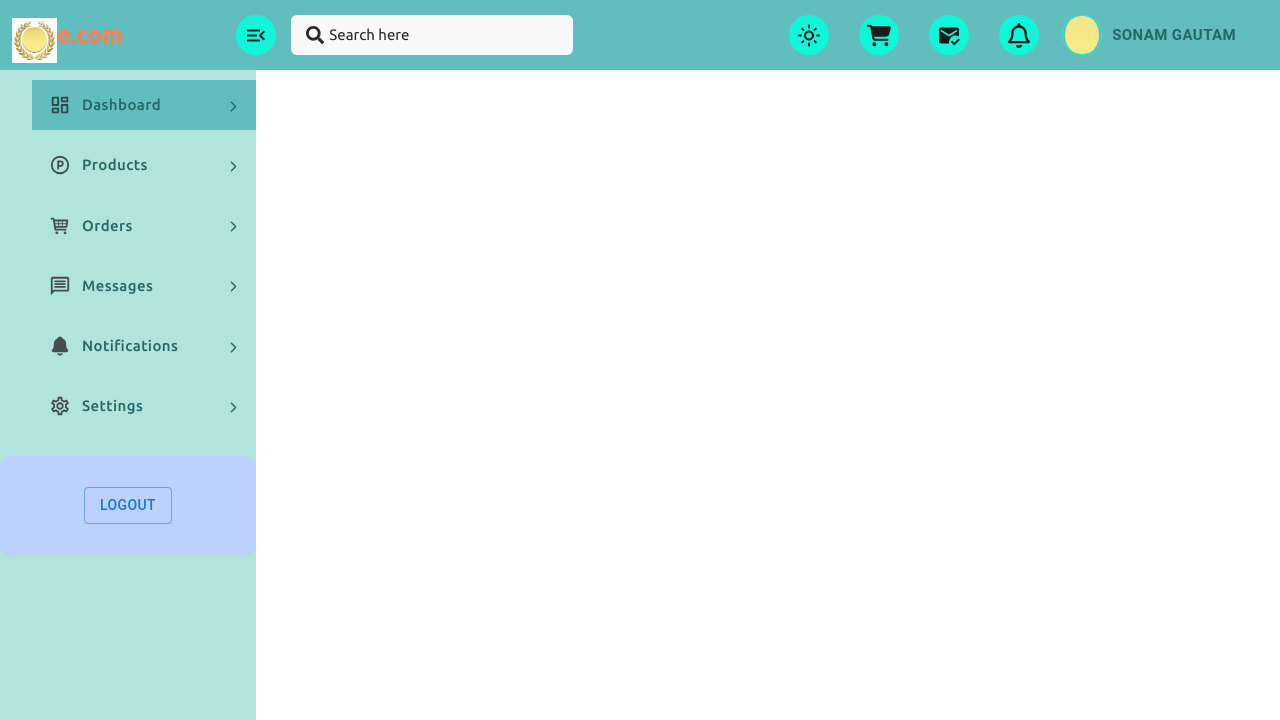
Repository: gautamsonam011/admin-react-dashboard
Page: /
These files come from the project's save history. The page is drawn as it stood at one moment and after the next save; the edit follows.
The browser window is 1280 px wide. The pictures show the whole page.
The project was rebuilt for these pictures with package versions that can differ from the ones it lists, and the page was loaded fresh each time.

Above is the page before, as saved 2025-04-15 16:50:11.

### src/App.js
import { BrowserRouter, Routes, Route } from 'react-router-dom';
import './App.css';
import 'bootstrap/dist/css/bootstrap.min.css';
import Dashboard from './pages/Dashboard/Dashboard';
import Header from "./components/Header/index";
import Sidebar from './components/Sidebar';

function App() {
  return (
    <BrowserRouter>
    <Header/>
    <div className='main d-flex'>
      <div className='sidebarWrapper'>
        <Sidebar/>
      </div>
    </div>
    <div className='content'>
    <Routes>
      <Route path = "/" exact={true} element={<Dashboard/>} />
    </Routes>
    </div>

    </BrowserRouter>
  );
}

export default App;

### src/App.css
@import url('https://fonts.googleapis.com/css2?family=Ubuntu:ital,wght@0,300;0,400;0,500;0,700;1,300;1,400;1,500;1,700&display=swap');

body{
  font-family: "Ubuntu", sans-serif !important;
  background-color: #f4f8f7;

}

header{
  width:100%;
  height: 70px;
  background-color:#62bebe;
  position: fixed;
  top:0px;
  left:0px;
  z-index: 1000;
}
header .logo{
  text-decoration: none;
}
header .logo img{
  margin-top: 10px;
  width:45px;

}

header .logo span{
color: coral;
font-weight: bolder;
font-size: 24px;
}
header button.rounded-circle{min-width:40px !important; width:40px !important; height: 40px !important; background-color:#0ff7d8 !important; margin: 15px;}
header button.rounded-circle svg{color:rgb(29, 27, 27); font-size: 25px !important; transition: all 0.2s ease-in-out;}
header button.rounded-circle:hover svg{color: #2585d4 !important;}
.searchBox{width:400px; height: 40px; background-color:#faf9f9; border-radius: 6px;padding: 3px 15px;}
.searchBox input{background: transparent;border:0px; outline:none; padding-left: 5px; font-size: 15px; color:#292929}
.searchBox input::-webkit-input-placeholder{color:#292929}
.searchBox svg{font-size: 18px; color:#292929 ;}

.userImg{display: flex; align-items:center; justify-content: center; overflow: hidden; width:40px; height: 40px; border:1px solid #0ff7d8; padding: 2px; border-radius: 100%;}
.userImg .rounded-circle{display: flex; align-items:center; justify-content: center; overflow: hidden; width: 40px; height: 40px; cursor: pointer; position: relative;}
.userImg .rounded-circle .img{object-fit: cover; width: 100%;}
.userInfo{padding-left: 10px;}
.userInfo h5{font-size: 15px; font-weight: 600; margin-bottom:0px; color: #266666;}

#account-menu li{font-size: 14px !important;}
#account-menu li svg{font-size: 20px !important}

.dropdown-info{padding-left: 6px;}
.dropdown-info h4{font-size: 15px; font-weight:600;margin-top: 2px; white-space: break-space; line-height: 21px;}
.dropdown-info p{font-size: 10px; color: #2585d4;}


/* Style for sidebar  */

.main .sidebarWrapper{width: 20%; flex: 0 0 20%; transition: all 0.3s ease-in-out;}
.main .sidebarWrapper .sidebar{width:20%; height: 100vh; position:fixed; top: 70px; left:0px; background:#b1e4dd; overflow-y: scroll; overflow-x: hidden;}
.main .sidebarWrapper .sidebar::-webkit-scrollbar-thumb{background: transparent !important; width:3px;}
.main .sidebarWrapper:hover .sidebar::-webkit-scrollbar{ background:#2585d4; width:3px;}
.main .sidebarWrapper .sidebar ul{margin-bottom:0px;}
.main .sidebarWrapper .sidebar ul li{list-style: none; margin-top:10px;}
.main .sidebarWrapper .sidebar ul li button{color:#266666; text-align: left; justify-content: left; border-radius:0px !important; padding: 12px 15px !important;
  align-items: center; text-transform: capitalize !important;font-family: "Ubuntu", sans-serif !important;
  margin-left: 0px; font-size: 15px !important;
}
.main .sidebarWrapper .sidebar ul li button .icon{display: flex; align-items:center; justify-content: center; width:25px; height:25px; margin-right: 10px;}
.main .sidebarWrapper .sidebar ul li button .icon svg{color:#292929; opacity: 0.8; font-size: 22px;}
.main .sidebarWrapper .sidebar ul li button .arrow{margin-left: auto;}
.main .sidebarWrapper .sidebar ul li button:hover{background:#62bebe !important;}
.main .sidebarWrapper .sidebar ul li button.active{background: #62bebe !important;}

.main .sidebarWrapper .sidebar ul .submenu{padding: 0px 45px; position:relative; height:auto;}
.main .sidebarWrapper .sidebar ul .submenu::before{content:''; width:1px; height: 95%; position: absolute; top:0px; left:25px; background:rgba(0, 0, 0, 0.1);}
.main .sidebarWrapper .sidebar ul .submenu li{width:100%; list-style: none;}
.main .sidebarWrapper .sidebar ul .submenu li a{color:#266666 !important; text-decoration: none; font-family: "Ubuntu", sans-serif !important;
display: block; padding: 6px 0px; font-size: 14px !important; font-weight: 500; transition:all 0.3s}
.main .sidebarWrapper .sidebar ul .submenu li a:hover{color:#2585d4 !important;}

.main .sidebarWrapper .sidebar ul .submenuWrapper{transition:all 0.3s ease-in-out; height: 0px; overflow: hidden; }
.main .sidebarWrapper .sidebar ul .submenuWrapper.colapsed .submenu{opacity:0;}

.main .sidebarWrapper .sidebar ul .submenuWrapper.colapse{height:auto; overflow: inherit;}
.main .sidebarWrapper .sidebar ul .submenuWrapper.colapse .submenu{opacity:1; height:auto;}

.logoutWrapper{width:100%; height:100px; padding: 25px; background:#bcd2fd; border-radius:10px; margin-bottom:20px; display:flex; align-items: center; justify-content: center;}

### src/pages/Dashboard/Dashboard.jsx
const Dashboard = () =>{
    return (
        <>
        <h1>Dashboard</h1>
        </>
    )
}

export default Dashboard;

### src/components/Header/index.jsx
import React, { useState } from 'react';
import { Link } from "react-router-dom";
import logo from "../../assests/images/logo.jpg";
import Button from '@mui/material/Button';
import { MdMenuOpen } from "react-icons/md";
// import { MdOutlineMenu } from "react-icons/md";
import SearchBox from "../SearchBox";
import { MdOutlineLightMode } from "react-icons/md";
// import { MdDarkMode } from "react-icons/md";
import { FaCartShopping } from "react-icons/fa6";
import { MdMarkEmailRead } from "react-icons/md";
import { FaRegBell } from "react-icons/fa";


import Avatar from '@mui/material/Avatar';
import Menu from '@mui/material/Menu';
import MenuItem from '@mui/material/MenuItem';
import ListItemIcon from '@mui/material/ListItemIcon';
import Divider from '@mui/material/Divider';
import { FaShieldAlt } from "react-icons/fa";
import Settings from '@mui/icons-material/Settings';
import Logout from '@mui/icons-material/Logout';

const Header = () => {
    const [anchorEl, setAnchorEl] = useState(null);
    const [anchorElNotification, setAnchorElNotification] = useState(null);

    const open = Boolean(anchorEl);

    const handleOpenMyAccountDropdown = (event) => {
        if (anchorEl) {
            setAnchorEl(null);
        } else {
            setAnchorEl(event.currentTarget);
        }
    };

    const handleOpenMyAccountDropdownClose = () => {
        setAnchorEl(null);
    };

    // For Notification dropdown
    const handleOpennotificationsDrop = (event) => {
        setAnchorElNotification(event.currentTarget);
    };

    const handleClosenotificationsDrop = () => {
        setAnchorElNotification(null);
    };



    return (
        <>
            <header>
                <div className="container-fluid">
                    <div className="row d-flex align-items-center w-100">
                        {/* logo */}
                        <div className="col-sm-2">
                            <Link to="/" className="d-flex align-items-center logo">
                                <img src={logo} alt="logo" />
                                <span className="ml-2">e.com</span>
                            </Link>
                        </div>
                        <div className="col-sm-3 d-flex align-items-center pl-4">
                            <Button className="rounded-circle"><MdMenuOpen /></Button>
                            <SearchBox />
                        </div>
                        <div className="col-sm-7 d-flex align-items-center justify-content-end part3">
                            <Button className="rounded-circle"><MdOutlineLightMode /></Button>
                            <Button className="rounded-circle"><FaCartShopping /></Button>
                            <Button className="rounded-circle"><MdMarkEmailRead /></Button>
                            <Button className="rounded-circle" onClick={handleOpennotificationsDrop}>
                                <FaRegBell />
                            </Button>
                            <Menu
                                anchorEl={anchorElNotification}
                                open={Boolean(anchorElNotification)}
                                onClose={handleClosenotificationsDrop}
                                onClick={handleClosenotificationsDrop}
                                slotProps={{
                                    paper: {
                                        elevation: 0,
                                        sx: {
                                            overflow: 'visible',
                                            filter: 'drop-shadow(0px 2px 8px rgba(0,0,0,0.32))',
                                            mt: 1.5,
                                            '&::before': {
                                                content: '""',
                                                display: 'block',
                                                position: 'absolute',
                                                top: 0,
                                                right: 14,
                                                width: 10,
                                                height: 10,
                                                bgcolor: 'background.paper',
                                                transform: 'translateY(-50%) rotate(45deg)',
                                                zIndex: 0,
                                            },
                                        },
                                    },
                                }}
                                transformOrigin={{ horizontal: 'right', vertical: 'top' }}
                                anchorOrigin={{ horizontal: 'right', vertical: 'bottom' }}
                            >
                                <MenuItem onClick={handleClosenotificationsDrop}>
                                    Orders(12)
                                </MenuItem>
                                <Divider className="mb-2" />
                                <MenuItem onClick={handleClosenotificationsDrop}>
                                    <div className="d-flex align-items-center dropdown-list">

                                        <div className="userImg">
                                        <span className="rounded-circle">
                                            <img src={logo} alt="profile" />
                                        </span>

                                    </div>
                                    <div className='dropdown-info'>
                                        <h4><b>Sona</b> added Leather New Shoes</h4>
                                        <p>Few minutes ago</p>
                                    </div>
                                    </div>

                                </MenuItem>
                                <MenuItem onClick={handleClosenotificationsDrop}>
                                    <div className="d-flex align-items-center dropdown-list">

                                        <div className="userImg">
                                        <span className="rounded-circle">
                                            <img src={logo} alt="profile" />
                                        </span>

                                    </div>
                                    <div className='dropdown-info'>
                                        <h4><b>Sona</b> added Leather New Shoes</h4>
                                        <p>Few minutes ago</p>
                                    </div>
                                    </div>

                                </MenuItem>
                            </Menu>

                            <div className="myAccountWrapper">
                                <Button className="myAccount d-flex align-items-center" onClick={handleOpenMyAccountDropdown}>
                                    <div className="userImg">
                                        <span className="rounded-circle">
                                            <img src={logo} alt="profile" />
                                        </span>

                                    </div>
                                    <div className="userInfo">
                                        <h5>Sonam Gautam</h5>
                                    </div>

                                    <Menu
                                        anchorEl={anchorEl}
                                        id="account-menu"
                                        open={open}
                                        onClose={handleOpenMyAccountDropdownClose}
                                        onClick={handleOpenMyAccountDropdownClose}
                                        slotProps={{
                                            paper: {
                                                elevation: 0,
                                                sx: {
                                                    overflow: 'visible',
                                                    filter: 'drop-shadow(0px 2px 8px rgba(0,0,0,0.32))',
                                                    mt: 1.5,
                                                    '& .MuiAvatar-root': {
                                                        width: 32,
                                                        height: 32,
                                                        ml: -0.5,
                                                        mr: 1,
                                                    },
                                                    '&::before': {
                                                        content: '""',
                                                        display: 'block',
                                                        position: 'absolute',
                                                        top: 0,
                                                        right: 14,
                                                        width: 10,
                                                        height: 10,
                                                        bgcolor: 'background.paper',
                                                        transform: 'translateY(-50%) rotate(45deg)',
                                                        zIndex: 0,
                                                    },
                                                },
                                            },
                                        }}
                                        transformOrigin={{ horizontal: 'right', vertical: 'top' }}
                                        anchorOrigin={{ horizontal: 'right', vertical: 'bottom' }}
                                    >
                                        <MenuItem onClick={handleOpenMyAccountDropdownClose}>
                                            <Avatar /> Profile
                                        </MenuItem>
                                        <Divider />
                                        <MenuItem onClick={handleOpenMyAccountDropdownClose}>
                                            <ListItemIcon>
                                                <FaShieldAlt fontSize="small" />
                                            </ListItemIcon>
                                            Reset Password
                                        </MenuItem>
                                        <MenuItem onClick={handleOpenMyAccountDropdownClose}>
                                            <ListItemIcon>
                                                <Settings fontSize="small" />
                                            </ListItemIcon>
                                            Settings
                                        </MenuItem>
                                        <MenuItem onClick={handleOpenMyAccountDropdownClose}>
                                            <ListItemIcon>
                                                <Logout fontSize="small" />
                                            </ListItemIcon>
                                            Logout
                                        </MenuItem>
                                    </Menu>
                                </Button>
                            </div>
                        </div>
                    </div>
                </div>
            </header>
        </>
    )
}

export default Header

### src/components/Sidebar/index.jsx
import Button from '@mui/material/Button';
import { RiDashboardLine } from "react-icons/ri";
import { IoIosArrowForward } from "react-icons/io";
import { TbBrandProducthunt } from "react-icons/tb";
import { TiShoppingCart } from "react-icons/ti";
import { MdOutlineMessage } from "react-icons/md";
import { IoNotifications } from "react-icons/io5";
import { MdOutlineSettings } from "react-icons/md";
import { Link } from 'react-router-dom';
import React, {useState} from "react";

const Sidebar = () =>{
    const [activeTab, setActiveTab] = useState(0);
    const [isToggleSubmenu, setIsToggleSubmenu] = useState(false);

    const isOpenSubmenu = (index) =>{
        setActiveTab(index);
        setIsToggleSubmenu(!isToggleSubmenu);


    }

    return(
        <div className="sidebar">
            <ul>
                <li>
                    <Link to="/">
                    <Button className={`w-100 ${activeTab === 0 ? 'active' : ''}`} onClick={()=>isOpenSubmenu(0)}>
                        <span className='icon'><RiDashboardLine/></span>
                        Dashboard
                        <span className="arrow"><IoIosArrowForward/></span>
                    </Button>
                    </Link>
                </li>
                <li>
                    <Button className={`w-100 ${activeTab === 1 ? 'active' : ''}`} onClick={()=>isOpenSubmenu(1)}>
                        <span className='icon'><TbBrandProducthunt/></span>
                        Products
                        <span className="arrow"><IoIosArrowForward/></span>
                    </Button>
                    <div className={`submenuWrapper ${activeTab===1 && isToggleSubmenu===true ? 'colapse':'colapsed'}`}>
                    <ul className='submenu'>
                        <li><Link to="#">Product Add</Link></li>
                        <li><Link to="#">Product List</Link></li>
                        <li><Link to="#">Product View</Link></li>
                    </ul>
                    </div>
                </li>
                <li>
                    <Link to="/">
                    <Button className={`w-100 ${activeTab === 2 ? 'active' : ''}`} onClick={()=>isOpenSubmenu(2)}>
                        <span className='icon'><TiShoppingCart/></span>
                        Orders
                        <span className="arrow"><IoIosArrowForward/></span>
                    </Button>
                    </Link>
                </li>
                <li>
                    <Link to="/">
                    <Button className={`w-100 ${activeTab === 3 ? 'active' : ''}`} onClick={()=>isOpenSubmenu(3)}>
                        <span className='icon'><MdOutlineMessage/></span>
                        Messages
                        <span className="arrow"><IoIosArrowForward/></span>
                    </Button>
                    </Link>
                </li>
                <li>
                    <Link to="/">
                    <Button className={`w-100 ${activeTab === 4 ? 'active' : ''}`} onClick={()=>isOpenSubmenu(4)}>
                        <span className='icon'><IoNotifications/></span>
                        Notifications
                        <span className="arrow"><IoIosArrowForward/></span>
                    </Button>
                    </Link>
                </li>
                <li>
                    <Link to="/">
                    <Button className={`w-100 ${activeTab === 5 ? 'active' : ''}`} onClick={()=>isOpenSubmenu(5)}>
                        <span className='icon'><MdOutlineSettings /></span>
                        Settings
                        <span className="arrow"><IoIosArrowForward/></span>
                    </Button>
                    </Link>
                </li>
            </ul>
            <br/>
            <div className="logoutWrapper">
                <div className="logoutBox">
            <Button variant="outlined">Logout</Button>
            </div>
            </div>
        </div>
    )
}

export default Sidebar

### src/components/SearchBox.jsx
import { FaSearch } from "react-icons/fa";

const SearchBox = () =>{
    return (
        <div className="searchBox position-relative d-flex align-items-center">
            <FaSearch className="mr-2" />
            <input type="text" placeholder="Search here"  />
        </div>
    )
}

export default SearchBox;

Loaded but not shown: public/index.html (common file); src/index.js (common file); src/reportWebVitals.js (common file)

After the next save:
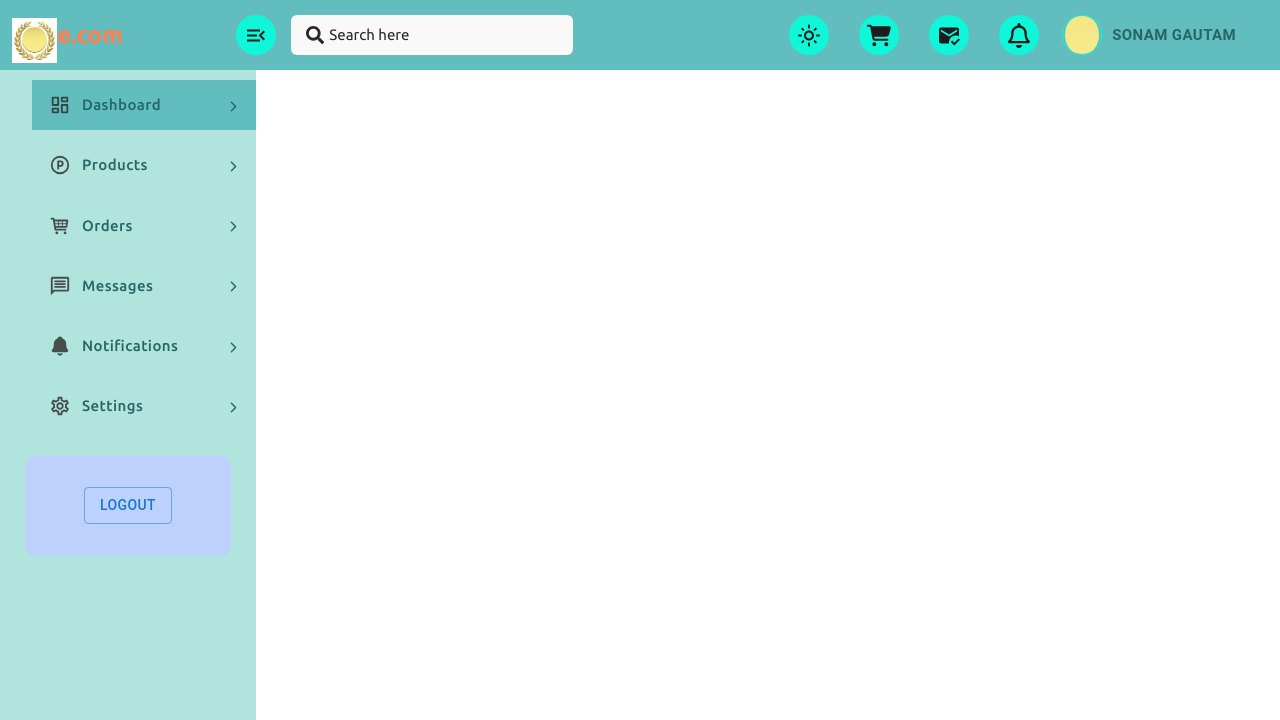
Saved 71 s later.
--- a/src/App.css
+++ b/src/App.css
@@ -82,4 +82,5 @@ display: block; padding: 6px 0px; font-size: 14px !important; font-weight: 500;
 .main .sidebarWrapper .sidebar ul .submenuWrapper.colapse{height:auto; overflow: inherit;}
 .main .sidebarWrapper .sidebar ul .submenuWrapper.colapse .submenu{opacity:1; height:auto;}
 
-.logoutWrapper{width:100%; height:100px; padding: 25px; background:#bcd2fd; border-radius:10px; margin-bottom:20px; display:flex; align-items: center; justify-content: center;}
+.logoutWrapper{padding: 0px 25px;}
+.logoutWrapper .logoutBox{width:100%; height:100px; padding: 25px; background:#bcd2fd; border-radius:10px; margin-bottom:20px; display:flex; align-items: center; justify-content: center;}
